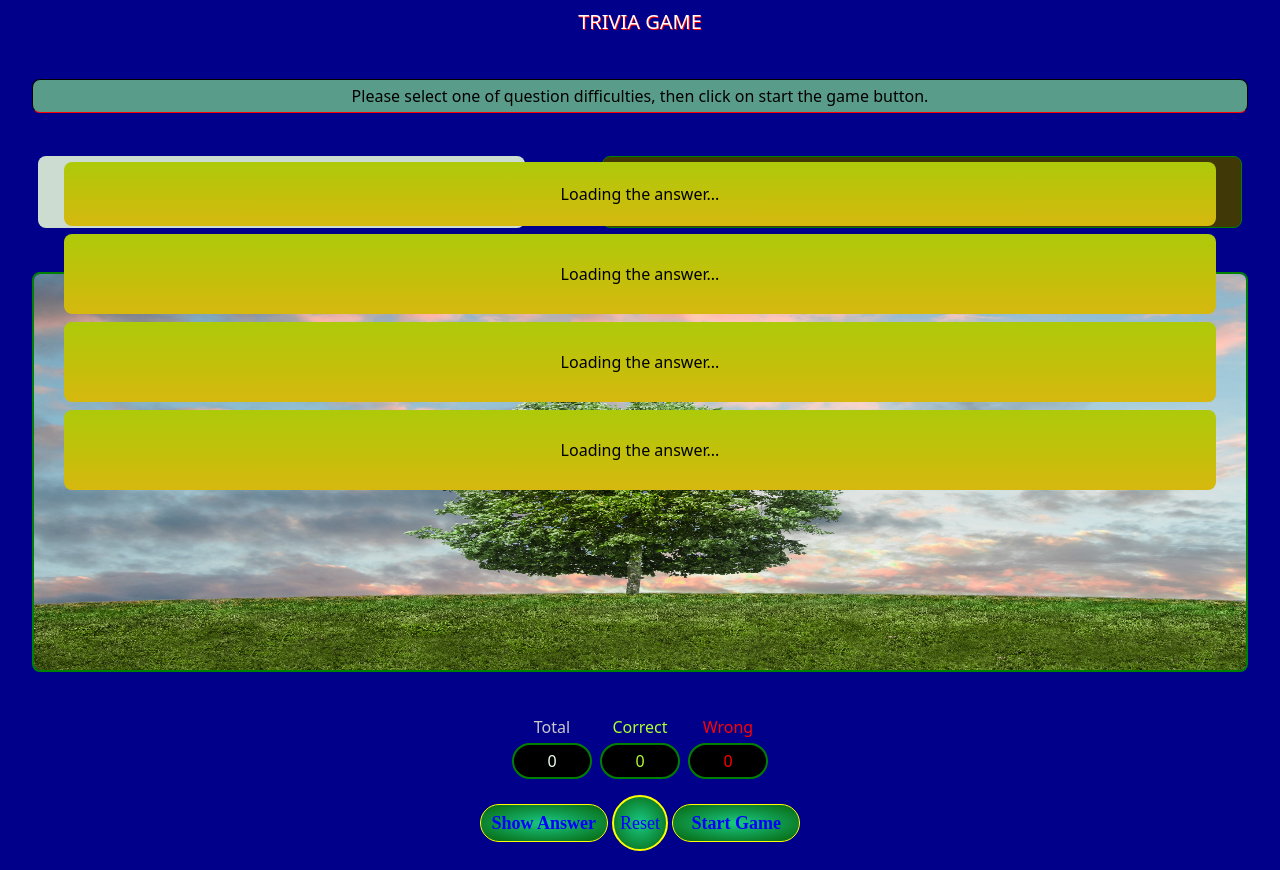
Repository: ShindanoSingi/bembe-trivia
Page: index.html
The author's editor kept a copy of each file at every save. The page is drawn from the files as they stood at one save, then again after the next save.
The browser window is 1280 px wide. The pictures show the whole page.
Some web libraries are served in a nearby version.

Above is the page before, as saved 2022-09-08 00:59:29.

### index.html
<!DOCTYPE html>
<html lang="en">

    <head>
        <meta charset="UTF-8">
        <meta http-equiv="X-UA-Compatible" content="IE=edge">
        <meta name="viewport" content="width=device-width, initial-scale=1.0">
        <link rel="stylesheet" href="style.css">
        <script src="https://cdn.tailwindcss.com"></script>
        <title>Trivia Game</title>
    </head>

    <body class="">
        <div class="containerBox max-h-[100vh] my-2 flex flex-col gap-[6vh]">
            <h1 class="text-center text-xl" >TRIVIA GAME</h1>
            <div class="questionBox text-center w-[95vw] px-2 h-[8rem] p-1 mx-auto rounded-lg">
                Please select one of question difficulties, then click on start the game button.
            </div>
            <div class="category-and-difficulty-container items-center justify-around flex">
                <div class="category-container w-[38vw] h-[4.5rem] bg-[#CDDCD1] flex items-center flex-col py-[0.3rem] rounded-lg">
                    <div class="labelCategory text-sm font-bold text-black">CATEGORY</div>
                    <div class="category text-sm text-center p-1 rounded-lg">
                        Loading category...
                    </div>
                </div>
                <div class="qDifficultyBox w-[50vw] pb-1 rounded-lg items-center flex h-[4.5rem] justify-around flex-col">
                        <div id="question" class="qCat text-sm">QUESTION DIFFICULTY</div>
                        <div class="difficulties-container flex gap-1">
                            <button class="difficulty px-1.5 text-sm rounded-full" id="easy">Easy</button>
                            <button class="difficulty px-1.5 rounded-full text-sm" id="medium">Medium</button>
                            <button class="difficulty px-1.5 text-sm rounded-full" id="hard">Hard</button>
                    </div>
                </div>
            </div>
            <div class="imgAndQuestions">
                <img class="w-[95vw] h-[25rem] mx-auto" src="pexels-skitterphoto-9198.jpg" alt="nature image">
                <div class="answersButtons absolute bottom-[14.4rem] ml-[5vw] flex space-y-2 items-center  flex-col">
                    <button class="showAnswer w-[90vw] p-1 absolute bottom-[17rem] mx-auto text-sm h-[5rem]">Loading the answer...</button>
                    <button class="response w-[90vw] p-1 text-center text-md h-[4rem]" id="response1">Loading the answer...</button>
                    <button class="response w-[90vw] p-1 text-md h-[5rem]" id="response2">Loading the answer...</button>
                    <button class="response w-[90vw] p-1 text-md h-[5rem]" id="response3">Loading the answer...</button>
                    <button class="response w-[90vw] p-1 text-md h-[5rem]" id="response4">Loading the answer...</button>
                    </div>
                </div>

            <div id="bottomPart" class="flex  mx-auto flex-col items-center gap-4">
                <div class="labelsAndButtons relative left-1 flex space-x-2">
                    <div class="question-number flex flex-col items-center">
                        <p class="labels pb-1" id="labelQ">Total</p>
                        <div class="bottombuttons w-[5rem] text-center py-1" id="questionNumber">0</div>
                    </div>
                    <div class="correct-answers flex flex-col items-center">
                        <p class="labels pb-1" id="labelC">Correct</p>
                        <div class="bottombuttons w-[5rem] text-center py-1" id="correct">0</div>
                    </div>
                    <div class="wrong-answers flex flex-col items-center">
                        <p class="labels pb-1" id="labelW">Wrong</p>
                        <div class="bottombuttons w-[5rem] text-center py-1" id="wrong">0</div>
                    </div>
                    <div class="timerQuestionCorrectWrong"></div>
                </div>
                <div class="threeBottomButtons">
                    <button class="w-[8rem] text-lg py-1" id="showAnswer">Show Answer</button>
                    <button class="reset text-lg p-1 w-[3.5rem] h-[3.5rem] rounded-full">Reset</button>
                    <button class="startGame text-lg w-[8rem] py-1">Start Game</button>
                </div>
            </div>
            </div>
        <script src="./script.js"></script>
    </body>
</html>

### style.css

/* iPhone 8 and smaller */

    /*  Set h1 text to red */
    h1 {
        color: #fff;
        text-shadow: 0.05rem 0.05rem red;
    }

    /* The box containing the question */
    .questionBox {
        color: rgb(0, 0, 0);
        border: 0.02rem solid;
        background-color: rgb(89, 156, 138);
        border-bottom-color: red;
    }

    /* Label for category */
    .labelCategory {
        color: white;
    }

    /* The show answer message box */
    .showAnswer {
        color: honeydew;
        visibility: hidden;
        border: 0.1rem solid green;
        border-radius: 0.5rem;
        background-color:rgb(2, 27, 3);
    }
    /*  Individual difficulty button */
    .difficulty {
        background-image: linear-gradient(rgb(16, 221, 142), rgb(4, 58, 7));
        border: 0.2rem solid rgb(21, 139, 35);
        color: white;
    }

    /*  Class containing all difficulty buttons */
    .difficulties-container {
        border-color: green;
    }
    /* The box containing difficulty buttons */
    .qDifficultyBox {
        border: 0.14vh solid green;
        background-color: rgb(65, 56, 8);
        color: white;
    }

    /* image */
    img {
        border: 0.15rem solid green;
        border-radius: 0.5rem;
    }
    /* all response buttons */
    .response {
        border-color: green;
        background-image: linear-gradient(rgb(173, 202, 9), rgb(214, 184, 14));
        color: black;
        border-radius: 0.5rem;
    }
    /* All response buttons */
    .response:hover {
        background-image: linear-gradient(rgb(32, 90, 165), rgb(72, 168, 192));
    }

    /* Show answer button */
    #showAnswer {
        color: blue;
        border: 0.54vh solid green;
        border: 0.27vh solid yellow;
        border-radius: 20rem;
        font-family: cursive;
        font-weight: bold;
        background-image: radial-gradient(rgb(25, 201, 133), rgb(6, 99, 10));
    }
    #showAnswer:hover {
        background-image: radial-gradient(rgb(201, 25, 25), rgb(93, 99, 6));
        color: white;
    }
    /* Start game button */
    .startGame {
        color: blue;
        border: 0.54vh solid green;
        border: 0.27vh solid yellow;
        border-radius: 20rem;
        font-family: cursive;
        font-weight: bold;
        background-image: radial-gradient(rgb(25, 201, 133), rgb(6, 99, 10));
    }
    /* Start game button */
    .startGame:hover {
        background-image: radial-gradient(rgb(201, 25, 25), rgb(93, 99, 6));
        color: white;
    }
    /* Reset button */
    .reset {
        color: blue;
        border: 0.5rem solid green;
        border: 0.15rem solid yellow;
        font-family: cursive;
        background-image: radial-gradient(rgb(25, 201, 133), rgb(6, 99, 10));
    }
    /* Reset button */
    .reset:hover {
        background-image: radial-gradient(rgb(201, 25, 25), rgb(93, 99, 6));
        color: white;
    }

    /* Class containing the 3 bottom labels  (total questions, correct answers and wrong answers) */
    .question-number {
        color: rgb(205, 200, 200);
    }

    .correct-answers {
        color: greenyellow;
    }

    .wrong-answers {
        color: red;
    }

    /* The bottom boxes for total question number, correct answers and wrong answers */
    .bottombuttons {
        border: 0.15rem solid green;
        background-color: black;
        color: honeydew;
        border-radius: 2rem;
    }

    /* Set the wrong anser to red */
    #wrong {
        color: rgb(255, 0, 0);
    }
    /* Set the correct anser to green */
    #correct {
        color: greenyellow;
    }

    /* Change the color when "easy" button is hovered over */
    #easy:hover {
        background-image: linear-gradient(rgb(202, 9, 9), rgb(214, 184, 14));
    }
    /* Change the color when "easy" button is hovered over */
    #medium:hover {
        background-image: linear-gradient(rgb(202, 9, 9), rgb(214, 184, 14));
    }
    /* Change the color when "easy" button is hovered over */
    #hard:hover {
        background-image: linear-gradient(rgb(202, 9, 9), rgb(214, 184, 14));
    }

    body {
      background-color: darkblue;
    }

### script.js
// Declaring variables

// Capture win window
let winWindow = document.querySelector('.win');

// Declae win reset button
let winResetButton = document.querySelector('.winReset');

// define lose reset button
let loseResetButton = document.querySelector('.loseReset');

// define lose window
let loseWindow = document.querySelector('.lose');

// define win image
let winImage = document.querySelector('.winImage')

// define a message if the payer loses the game
let loseMessage = document.querySelector('#losePar');

// define
let video = document.querySelector('#myVideo');

// Get Body content
let body = document.querySelector('body');

// This will hold category information
let category = document.querySelector('.category');

// This will hold the question
let question = document.querySelector('.questionBox');

// This is for all response buttons
let answerButtons = document.querySelector('.answersButtons');

// Define difficulty buttons
let difficultyButtons = document.querySelector('.difficulties-container');

// Define image
let image = document.querySelector('img');

// Define audio button
let audioButton = document.querySelector('.audio');

// Declaring individual difficulty buttons
let easyButton = document.querySelector('#easy');
let mediumButton = document.querySelector('#medium');
let hardButton = document.querySelector('#hard');

// This is for individual responses
let response1 = document.querySelector('#response1');
let response2 = document.querySelector('#response2');
let response3 = document.querySelector('#response3');
let response4 = document.querySelector('#response4');

// Define the total number of questions' box.
let totNumQuestionsBox = document.querySelector('#questionNumber');

// This will hold number of correct answers
let cAnswer = document.querySelector('#correct');

// This will hold number of wrong answers
let wAnswer = document.querySelector('#wrong');

// Define the "show answer" button
let showAnswerButton = document.querySelector('#showAnswer');

let corrAnswer;

// Create new audio objects
// Code source: https://www.w3schools.com/jsref/met_audio_play.asp
let audio = new Audio('general-logo-13395.mp3');

let questionscoreCount = 0;
let correctAnswerScoreCount = 0;
let wrongAnswerscoreCount = 0;
let scoreCount = 0;
let clear = '';
let difficulty = '';

// Set winning scoreCount
let winningscoreCount = 6;

let highscoreCount = 0;

let startGame = document.querySelector('.startGame');

// Takes the response from fetch
let triviaQuestion;

// Define a global url which will be accessed by multiple functions
let url;

// Array of all Images/jpg
// https://www.pexels.com/search/environment/
let arrayImages = [];
arrayImages.push('pexels-ákos-szabó-440731.jpg');
arrayImages.push('pexels-atikul-haque-rafat-679598.jpg');
arrayImages.push('pexels-felix-mittermeier-957024.jpg');
arrayImages.push('pexels-ian-turnell-709552.jpg');
arrayImages.push('pexels-karolina-grabowska-5750182.jpg');
arrayImages.push('pexels-mahima-1250260.jpg');
arrayImages.push('pexels-mali-maeder-142497.jpg');
arrayImages.push('pexels-matthias-cooper-580900.jpg');
arrayImages.push('pexels-min-an-1131458.jpg');
arrayImages.push('pexels-minamarie-michell-570041.jpg');
arrayImages.push('pexels-olya-kobruseva-5236397.jpg');
arrayImages.push('pexels-pixabay-33044.jpg');
arrayImages.push('pexels-pixabay-221012.jpg');
arrayImages.push('pexels-pixabay-235615.jpg');
arrayImages.push('pexels-pixabay-259280.jpg');
arrayImages.push('pexels-pixabay-302804.jpg');
arrayImages.push('pexels-pixabay-414090.jpg');
arrayImages.push('pexels-pixabay-459225.jpg');
arrayImages.push('pexels-pixabay-459225.jpg');
arrayImages.push('pexels-pixabay-460621.jpg');
arrayImages.push('pexels-scott-webb-1048033.jpg');
arrayImages.push('pexels-skitterphoto-9198.jpg');
arrayImages.push('pexels-sohail-na-807598.jpg');

// for correct and wrong answer song; source code:
// https://www.dreamstime.com/stock-music-sound-effect/wrong-answer-answer.html

// Reset the game when the "Reset" button is clicked
let resetButton = document.querySelector('.reset');
resetButton.addEventListener('click', () => {

    // Code source: https://www.w3schools.com/jsref/met_audio_play.asp
    audio.volume = 0.2;

    // Refresh the page/window
    window.location.reload();
});

// Assign color to all answer buttons and call "play" function
let startButton = () => {

    // Increament the score count.
    scoreCount++;

    // Select all responses buttons.
    let responses = document.querySelectorAll('.response');
    responses.forEach(response => {
        response.style.backgroundImage = 'linear-gradient(rgb(173, 202, 9), rgb(57, 14, 214));'
    })

    // When the "Start The Game" button is presNexted, Call "play" function
    play();
}

// Select difficulty buttons
difficultyButtons.addEventListener('click', e => {

    // Target the element/button by its id.
    difficulty = e.target.id;

    // Only change the color "easy" button is selected, then enable "Start The Game"
    if (difficulty === 'easy') {

        // Only change the background of "easy button" to a different color, and let other bottons'
        // colors unchanged.
        e.target.style.backgroundImage = 'linear-gradient(rgb(9, 25, 202), rgb(81, 14, 214))';
        mediumButton.style.backgroundImage = `linear-gradient(rgb(16, 221, 142), rgb(4, 58, 7))`;
        hardButton.style.backgroundImage = `linear-gradient(rgb(16, 221, 142), rgb(4, 58, 7))`;

        // Start the Game when "Start The Game" is clicked
        let startGame = document.querySelector('.startGame');
        startGame.addEventListener('click', () => {
            startButton();
        });
    }

    // Only change the color "medium" button is selected, then enable "Start The Game"
    else if (difficulty === 'medium') {

        // Only change the background of "medium button" to a different color, and let other bottons'
        // colors unchanged.
        e.target.style.backgroundImage = 'linear-gradient(rgb(9, 25, 202), rgb(81, 14, 214))';
        easyButton.style.backgroundImage = `linear-gradient(rgb(16, 221, 142), rgb(4, 58, 7))`;
        hardButton.style.backgroundImage = `linear-gradient(rgb(16, 221, 142), rgb(4, 58, 7))`;

        // Start the Game when "Start The Game" is clicked
        startGame.addEventListener('click', () => {
            startButton();
        });
    }

    // Only change the color "hard" button is selected, then enable "Start The Game"
    else if (difficulty === 'hard') {

        // Only change the background of "hard button" to a different color, and let other bottons'
        // colors unchanged.
        e.target.style.backgroundImage = 'linear-gradient(rgb(9, 25, 202), rgb(81, 14, 214))';
        mediumButton.style.backgroundImage = `linear-gradient(rgb(16, 221, 142), rgb(4, 58, 7))`;
        easyButton.style.backgroundImage = `linear-gradient(rgb(16, 221, 142), rgb(4, 58, 7))`;



        // Start the Game when "Start The Game" is clicked
        startGame.addEventListener('click', () => {
            startButton();
        });
    }

    // Return the value of the chosen difficulty button.
    return difficulty;
})



// Play the game when the start game button is click.
function play() {

    // Define and get a random number
    // Source: https://www.w3schools.com/jsref/jsref_random.asp
    let randomQuestion = Math.floor(Math.random() * 10 + 9);

    // Get the question from the API
    // Source: https://opentdb.com/api_config.php
    url = `https://opentdb.com/api.php?amount=50&difficulty=${difficulty}&type=multiple`

    // Define an empty array that will hold the correct answer and 3 wrong answers
    let arr = [];

    // fetch the the result for the above url.
    fetch(url)
        .then(res => {
            return res.json()
        })

        .then(res => {

            triviaQuestion = res;

            // Capture the correct from the response
            corrAnswer = res.results[0].correct_answer;

            arr.push(res.results[0].correct_answer);
            arr.push(res.results[0].incorrect_answers[0])
            arr.push(res.results[0].incorrect_answers[2])
            arr.push(res.results[0].incorrect_answers[1])

            category.innerHTML = res.results[0].category
            question.innerHTML = res.results[0].question

            // Assigning answers to answers buttons
            response1.innerHTML = arr[0];
            response2.innerHTML = arr[1];
            response3.innerHTML = arr[2];
            response4.innerHTML = arr[3];

            // Shuffling the array to avoid answers pattern.
            for (let i = arr.length - 1; i > 0; i--) {
                let j = Math.floor(Math.random() * (i + 1))

                let tempNum = arr[i];
                arr[i] = arr[j];
                arr[j] = tempNum;
            }
        })
}


// Track the clicking event of each answerButton
answerButtons.addEventListener('click', (event) => {

    // Check if the selected answer is equal to correct answer
    if (event.target.innerText === triviaQuestion.results[0].correct_answer) {

        // Increment total number of question
        scoreCount++;

        // Increament the the number of correct answers.
        correctAnswerScoreCount++;

        // Write the correct answer in the correct answer box
        cAnswer.innerText = correctAnswerScoreCount;

        for (let i = arrayImages.length - 1; i > 0; i--) {
            let j = Math.floor(Math.random() * (i + 1))

            let tempNum = arrayImages[i];
            arrayImages[i] = arrayImages[j];
            arrayImages[j] = tempNum;
        }

        // Play a random video
        image.src = arrayImages[1];

        // Set the background of the correct answer to green
        event.target.style.backgroundImage = `linear-gradient(rgb(0, 255, 106),
        rgb(9, 106, 28))`;

        // Call the next question
        nextQuestion()
    }

    // Check if the selected answer is not equal to the correct answer
    else if (event.target.innerText !== triviaQuestion.results[0].correct_answer) {

        // Play this audio if the answer is incorrect
        let audioWrongAnswer = new Audio('wrongAnswer.mp3');


        for (let i = arrayImages.length - 1; i > 0; i--) {
            let j = Math.floor(Math.random() * (i + 1))

            let tempNum = arrayImages[i];
            arrayImages[i] = arrayImages[j];
            arrayImages[j] = tempNum;
        }

        // Play a random video
        image.src = arrayImages[0];

        // Incremment scoreCount
        scoreCount++;

        // Increament the the number of incorrect answers.
        wrongAnswerscoreCount++;

        // Set the background of the correct answer to red
        event.target.style.backgroundImage = 'linear-gradient(rgb(220, 7, 7), #fa0a0a)';

        // Write the incorrect answer in the wrong answer box
        wAnswer.innerHTML = wrongAnswerscoreCount;
    }

    // Call the next question
    nextQuestion();
})

// Refresh the window reset all numbers to 0 and all texts to empty.
function refreshWindow() {
    window.location.reload()
}

// This function runs when the player calls for the next question.
function nextQuestion() {


    // Source: https://www.w3schools.com/jsref/jsref_random.asp
    let randomQuestions = Math.floor(Math.random() * 10 + 9);

    let urlNext = `https://opentdb.com/api.php?amount=1&category=${randomQuestions}&type=multiple`

    let arrNext = [];

    fetch(urlNext)
        .then(resNext => {
            return resNext.json()
        })

        .then(resNext => {

            // Capture the correct from the response
            corrAnswer = resNext.results[0].correct_answer;

            // Assign the response from fetch to triviaQuestion
            triviaQuestion = resNext;

            arrNext.push(resNext.results[0].correct_answer);
            arrNext.push(resNext.results[0].incorrect_answers[0])
            arrNext.push(resNext.results[0].incorrect_answers[2])
            arrNext.push(resNext.results[0].incorrect_answers[1])

            // Shuffling the array to avoid answers pattern.
            // source: https://www.geeksforgeeks.org/how-to-shuffle-an-array-using-javascript/

            for (let i = arrNext.length - 1; i > 0; i--) {
                let j = Math.floor(Math.random() * (i + 1))

                let tempNums = arrNext[i];
                arrNext[i] = arrNext[j];
                arrNext[j] = tempNums;
            }

            // Assigning original coloanswers to answers buttons
            response1.innerHTML = arrNext[0];
            response1.style.backgroundImage = 'linear-gradient(rgb(173, 202, 9), rgb(57, 14, 214))'

            response2.innerHTML = arrNext[1];
            response2.style.backgroundImage = 'linear-gradient(rgb(173, 202, 9), rgb(57, 14, 214))'

            response3.innerHTML = arrNext[2];
            response3.style.backgroundImage = 'linear-gradient(rgb(173, 202, 9), rgb(57, 14, 214))'

            response4.innerHTML = arrNext[3];
            response4.style.backgroundImage = 'linear-gradient(rgb(173, 202, 9), rgb(57, 14, 214))'

            category.innerHTML = resNext.results[0].category
            question.innerHTML = resNext.results[0].question

            console.log(resNext.results[0])

        })
}

// Display the answer if the "show Andwer" button is clicked for 1 second, then hide the answer.
showAnswerButton.addEventListener('click', () => {
    let answerBox = document.querySelector('.showAnswer');

    setTimeout(function () {
        answerBox.style.visibility = 'visible';
        answerBox.style.zIndex = '100';

        answerBox.innerHTML = corrAnswer;
        //Hide the answer
        setTimeout(function () {
            answerBox.style.visibility = 'hidden';

        }, 1000)
    }, 1000)

    if (answerBox.innerHTML === 'undefined') {
        answerBox.innerHTML = "Loading the answer...";
    }
    else {
        answerBox.innerHTML = "Loading the answer...";
    }
})

After the next save:
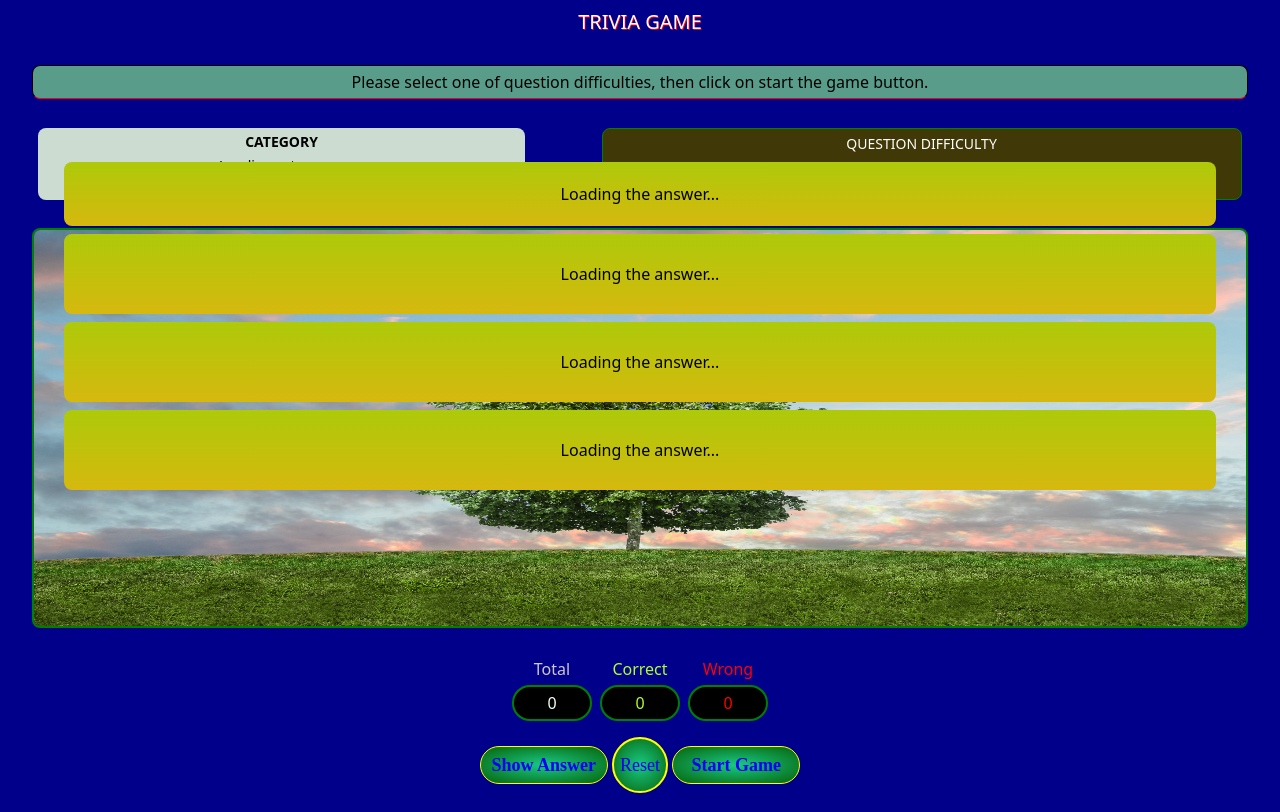
Saved 11 s later.
--- a/index.html
+++ b/index.html
@@ -11,7 +11,7 @@
     </head>
 
     <body class="">
-        <div class="containerBox max-h-[100vh] my-2 flex flex-col gap-[6vh]">
+        <div class="containerBox max-h-[100vh] my-2 flex flex-col gap-[4vh]">
             <h1 class="text-center text-xl" >TRIVIA GAME</h1>
             <div class="questionBox text-center w-[95vw] px-2 h-[8rem] p-1 mx-auto rounded-lg">
                 Please select one of question difficulties, then click on start the game button.
